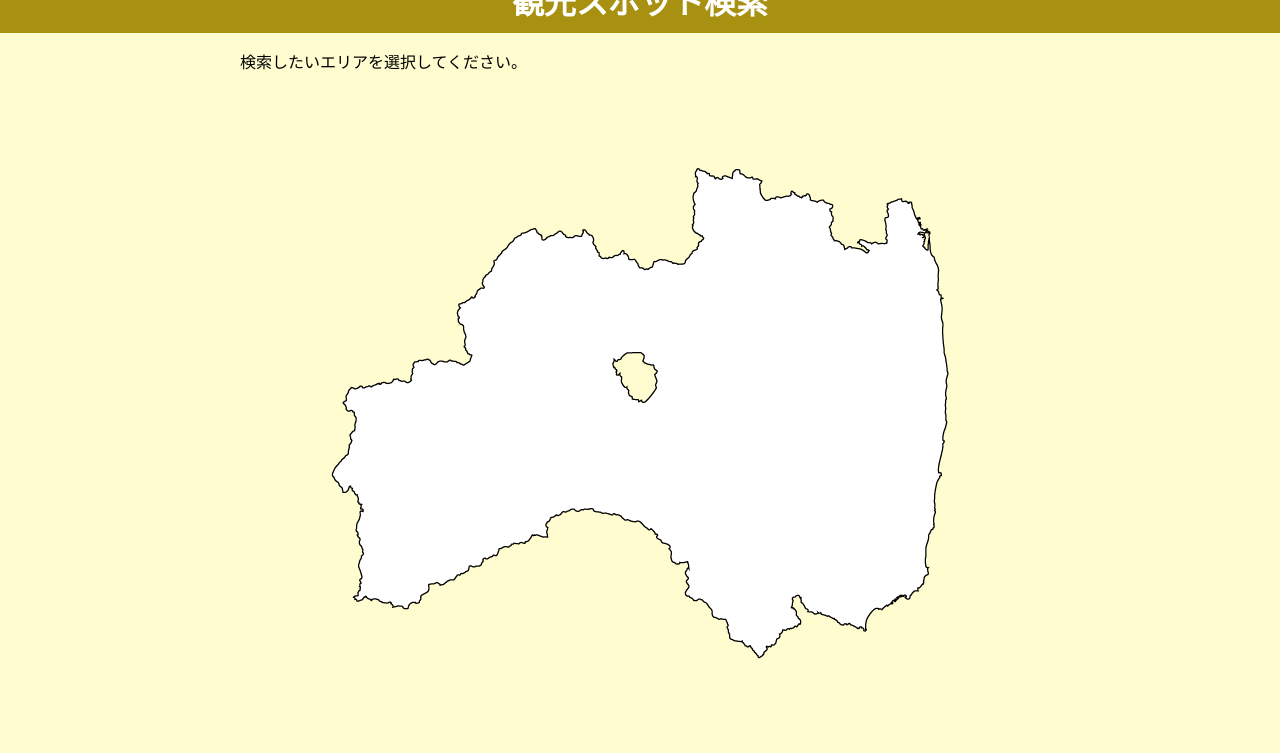
Repository: ryoutana/tanaryou.github.io
Page: Downloads/project/index.html
An editor plug-in stored every save of this project. The page is shown before and after the next save, followed by the edit.
The browser window is 1280 px wide. The pictures show the whole page.

Above is the page before, as saved 2025-04-29 15:04:04.

After the next save:
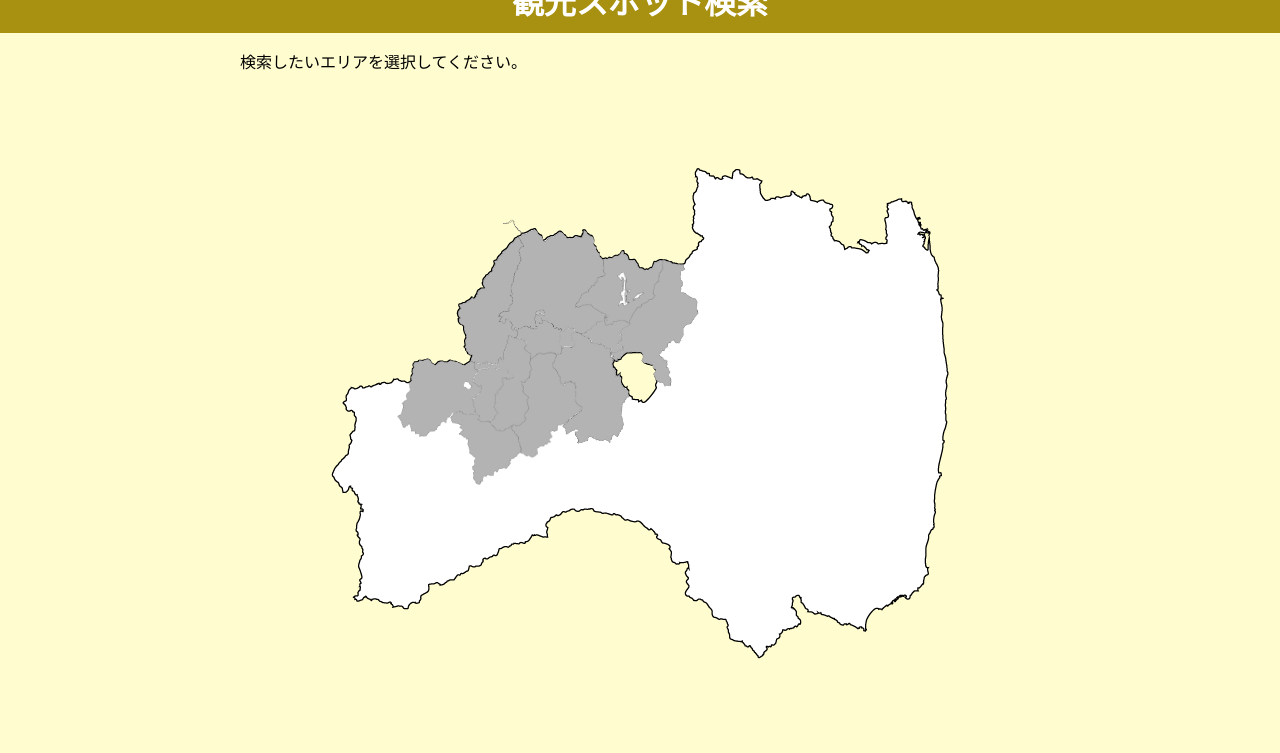
Saved 96 s later.
--- a/Downloads/project/script.js
+++ b/Downloads/project/script.js
@@ -1,56 +1,82 @@
-// script.js
-
-// スポットデータ（IDと名前の対応）
+// スポットデータ（座標は地図画像内の相対的なピクセル位置）
 const spots = [
-    { id: 'aizubange', name: '会津坂下町' },
-    { id: 'aizuwakamatsu', name: '会津若松市' },
-    { id: 'aizumisato', name: '会津美里町' },
-    { id: 'kitakata', name: '喜多方市' },
-    { id: 'kaneyama', name: '金山町' },
-    { id: 'mishima', name: '三島町' },
-    { id: 'showa', name: '昭和村' },
-    { id: 'nishiaizu', name: '西会津町' },
-    { id: 'inawashiro', name: '猪苗代町' },
-    { id: 'yugawa', name: '湯川村' },
-    { id: 'bandai', name: '磐梯町' },
-    { id: 'kitashiobara', name: '北塩原村' },
-    { id: 'yanaizu', name: '柳津町' }
+    { name: '会津坂下町', img: '会津坂下町(白地図).png', x: 275, y: 303, width: 78 },
+    { name: '会津若松市', img: '会津若松市(白地図).png', x: 337, y: 368, width: 158 },
+    { name: '会津美里町', img: '会津美里町(白地図).png', x: 283, y: 390, width: 149 },
+    { name: '喜多方市', img: '喜多方市(白地図).png', x: 291, y: 230, width: 170 },
+    { name: '金山町', img: '金山町(白地図).png', x: 150, y: 381, width: 133 },
+    { name: '三島町', img: '三島町(白地図).png', x: 216, y: 377, width: 83 },
+    { name: '昭和村', img: '昭和村(白地図).png', x: 207, y: 444, width: 115 },
+    { name: '西会津町', img: '西会津町(白地図).png', x: 214, y: 260, width: 180 },
+    { name: '猪苗代町', img: '猪苗代町(白地図).png', x: 418, y: 288, width: 178 },
+    { name: '湯川村', img: '湯川村(白地図).png', x: 309, y: 306, width: 32 },
+    { name: '磐梯町', img: '磐梯町(白地図).png', x: 357, y: 304, width: 69 },
+    { name: '北塩原村', img: '北塩原村(白地図).png', x: 374, y: 244, width: 123 },
+    { name: '柳津町', img: '柳津町(白地図).png', x: 229, y: 363, width: 134 }
 ];
 
 // スポットを動的に生成
 function generateSpots() {
+    const spotContainer = document.getElementById('spotContainer');
+    const mapContainer = document.getElementById('mapContainer');
+
+    if (!spotContainer || !mapContainer) {
+        console.error('Error: 必要な要素が見つかりません。');
+        return;
+    }
+
+    const mapWidth = mapContainer.offsetWidth; // 地図の幅
+    const mapHeight = mapContainer.offsetHeight; // 地図の高さ
+
     spots.forEach(spot => {
-        const path = document.getElementById(spot.id);
+        // スポット画像を作成
+        const img = document.createElement('img');
+        img.src = spot.img;
+        img.alt = spot.name;
+        img.style.position = 'absolute';
+        img.style.width = `${(spot.width / 800) * mapWidth}px`; // 幅を地図のサイズに比例させる
+        img.style.left = `${(spot.x / 800) * mapWidth}px`; // x座標を地図のサイズに比例させる
+        img.style.top = `${(spot.y / 800) * mapHeight}px`; // y座標を地図のサイズに比例させる
+        img.classList.add('spot-image');
+        img.style.filter = 'brightness(0.9) saturate(0)'; // デフォルトの薄い灰色
 
-        if (!path) {
-            console.error(`Error: ID "${spot.id}" に対応する要素が見つかりません。`);
-            return;
-        }
+        // 当たり判定用の透明な要素を作成
+        const hitbox = document.createElement('div');
+        hitbox.style.position = 'absolute';
+        hitbox.style.width = `${(spot.width * 0.5 / 800) * mapWidth}px`; // 表示されている画像の0.5倍の幅
+        hitbox.style.height = `${(spot.width * 0.5 / 800) * mapHeight}px`; // 表示されている画像の0.5倍の高さ
+        hitbox.style.left = `${(spot.x / 800) * mapWidth}px`; // x座標を地図のサイズに比例させる
+        hitbox.style.top = `${(spot.y / 800) * mapHeight}px`; // y座標を地図のサイズに比例させる
+        hitbox.style.transform = 'translate(-50%, -50%)'; // 中心基準で配置
+        hitbox.style.backgroundColor = 'rgba(0, 0, 0, 0)'; // 完全に透明
+        hitbox.style.cursor = 'pointer';
 
         // カーソルが乗ったときの色変更
-        path.addEventListener('mouseover', () => {
-            if (!path.classList.contains('active')) {
-                path.setAttribute('fill', 'rgba(144, 238, 144, 0.5)'); // 黄緑
+        hitbox.addEventListener('mouseover', () => {
+            if (!img.classList.contains('active')) {
+                img.style.filter = 'brightness(1.2) hue-rotate(90deg)'; // 黄緑にする
+            }
+        });
+        hitbox.addEventListener('mouseout', () => {
+            if (!img.classList.contains('active')) {
+                img.style.filter = 'brightness(0.9) saturate(0)'; // 元の薄い灰色に戻す
             }
         });
 
-        // カーソルが外れたときの色変更
-        path.addEventListener('mouseout', () => {
-            if (!path.classList.contains('active')) {
-                path.setAttribute('fill', 'rgba(200, 200, 200, 0.5)'); // 元の薄い灰色に戻す
+        // クリックイベントを透明な要素に設定
+        hitbox.addEventListener('click', () => {
+            if (img.classList.contains('active')) {
+                img.classList.remove('active'); // 緑から灰色に戻す
+                img.style.filter = 'brightness(0.9) saturate(0)'; // 元の薄い灰色に戻す
+            } else {
+                img.classList.add('active'); // 緑にする
+                img.style.filter = 'brightness(1) hue-rotate(120deg)'; // 緑にする
             }
         });
 
-        // クリックイベント
-        path.addEventListener('click', () => {
-            if (path.classList.contains('active')) {
-                path.classList.remove('active');
-                path.setAttribute('fill', 'rgba(200, 200, 200, 0.5)'); // 元の薄い灰色に戻す
-            } else {
-                path.classList.add('active');
-                path.setAttribute('fill', 'green'); // 緑
-            }
-        });
+        // スポット画像と透明な要素を追加
+        spotContainer.appendChild(img);
+        spotContainer.appendChild(hitbox);
     });
 }
 
